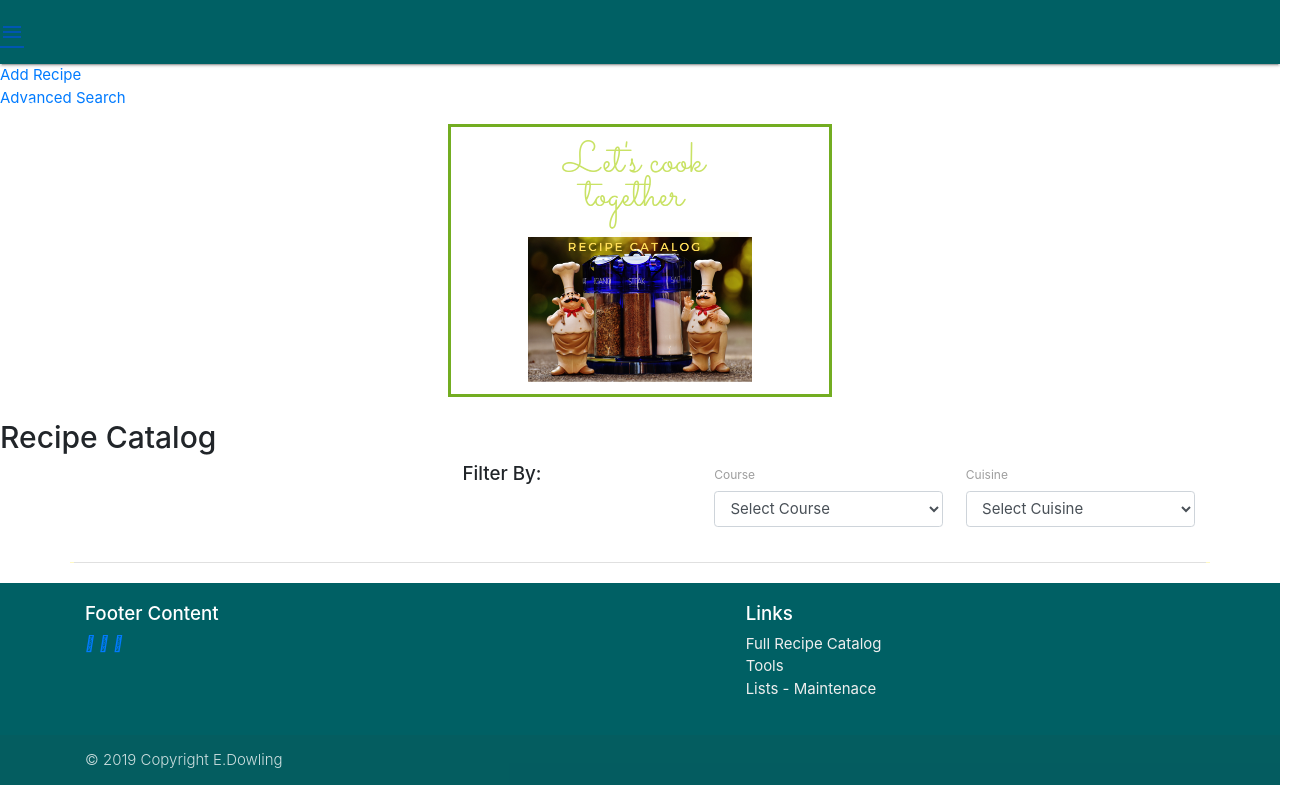
Repository: eldowling/lets-cook-together
Page: http://localhost/get_catalog?course=breakfast
The author's editor kept a record of every edit. The page is drawn from the files as they stood at one moment, then again after the next edit.
The browser window is 1280 px wide. The page is 1280 px wide, then 1295 px, so the pictures cover 1295 px, including what lies to the right of the window. The pictures show the whole page.
Some web libraries are served in a nearby version. The page is served by the project's application, run on Flask 3 (app.py). Queries for data that is not in the repository find no rows.

Above is the page before.
Console error: TypeError: $(...).collapsible is not a function

After the next edit:
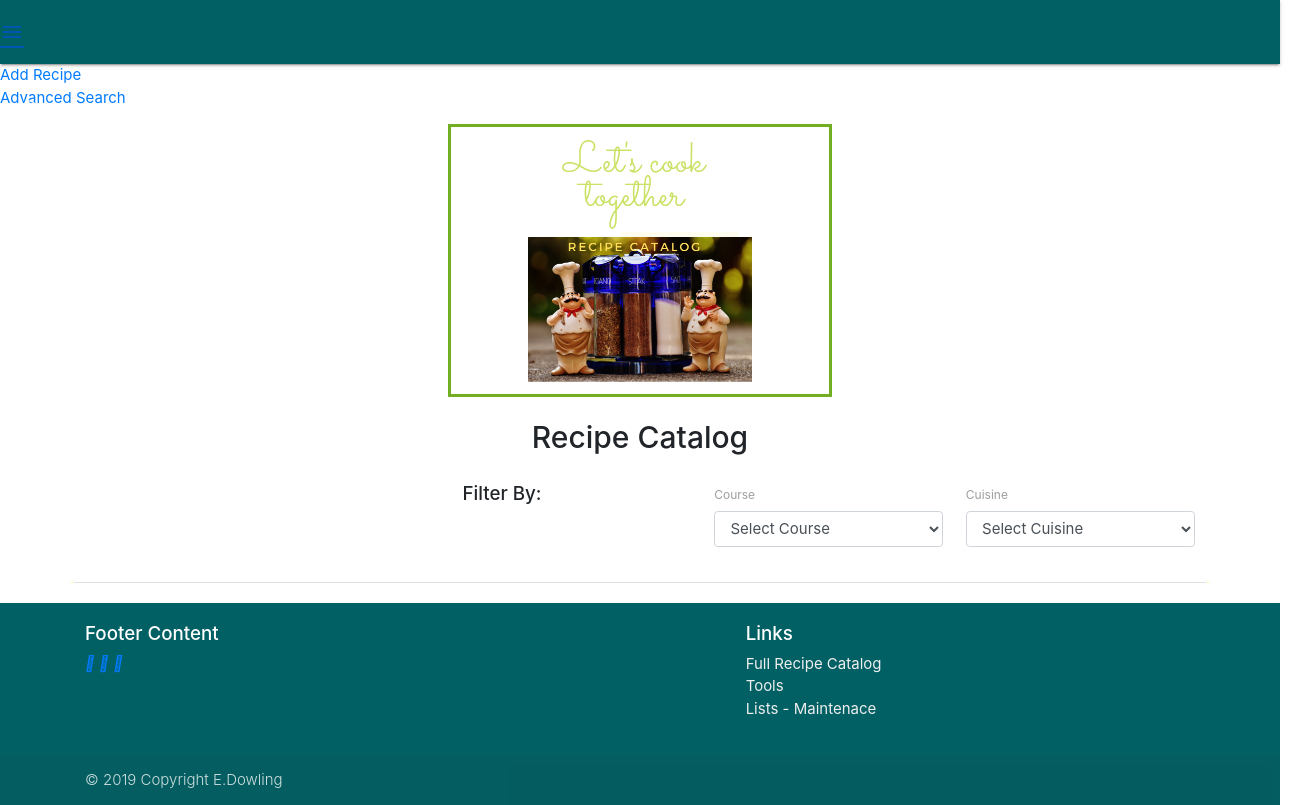
The edit:
--- a/templates/catalog.html
+++ b/templates/catalog.html
@@ -1,5 +1,5 @@
 {% extends 'base.html'%} {% block content %}
-<div>
+<div class="row justify-content-center">
   <h2>Recipe Catalog</h2>
 </div>
 <div class="container">
